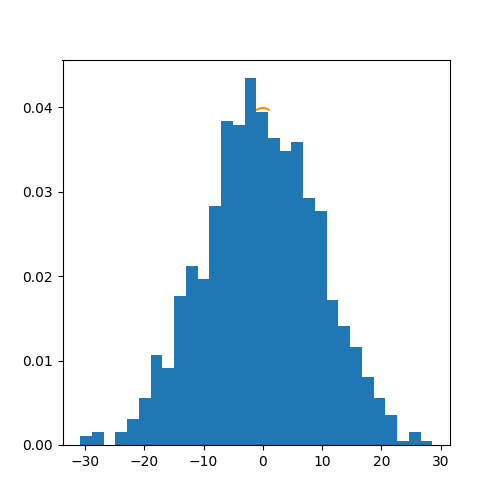
Repository: nishimuraHikar/PythonShowGraph
Script's output: python main.py
These files come from the project's save history. The script's output is drawn as it stood at one moment and after the next save; the edit follows.
Random numbers start from a fixed seed.

Above is the script's output before, as saved 2022-03-03 02:10:21.

### main.py
from time import time
import graph
import numpy as np

datafile = 'predict.csv'

timedata = graph.ReadColumn(datafile,0)
forcedatax = graph.ReadColumn(datafile, 1)
predictdatax = graph.ReadColumn(datafile, 2)
forcedatay = graph.ReadColumn(datafile, 3)
predictdatay = graph.ReadColumn(datafile, 4)

# graph.graph_1data(timedata, rawdata, "Raw Data")
# graph.graph_2data(timedata, rawdata, predictdata, "Raw Data", "Predict Data")
# graph.multiplot_2and1(timedata, forcedatax, predictdatax, forcedatay,predictdatay, "Actual X", "Predict X", "Actual Y", "Predict Y")
graph.histgram(np.random.normal(0, 10, 1000), 30, 10)

### graph.py
import numpy as np
import matplotlib.pyplot as plt
import pandas as pd
from scipy.stats import norm

def ReadColumn(csv, line_num): #csvと列番号を指定
    #csvからndarray型に変換
    csvdata = pd.read_csv(csv, header=0, usecols=[line_num])
    # csvから読んだデータをnumpyの行列に入れる
    array = csvdata.values
    return array

# グラフ表示
# 1つのグラフ
def graph_1data(x_data, y_data, labelname):
    plt.rcParams['font.family'] = 'Times New Roman'
    plt.rcParams["xtick.direction"] = "in"
    plt.rcParams["ytick.direction"] = "in"
    plt.rcParams["xtick.major.width"] = 1.5
    plt.rcParams["ytick.major.width"] = 1.5
    plt.rcParams["font.size"] = 14
    plt.rcParams["axes.linewidth"] = 1.5

    plt.plot(x_data, y_data, c="darkorange", label=labelname)
    np.linspace(min(x_data), max(x_data), 100)
    # plt.ylim(-1.55, 1.55)
    # plt.ylim(min(y_data), max(y_data))
    plt.xlabel("Time[sec]", fontname = 'Times New Roman')
    plt.ylabel("Force[N]", fontname = 'Times New Roman')
    plt.legend()
    # plt.savefig('NNresult.png') #PNGファイル生成
    plt.show()


# 2つのグラフ
def graph_2data(x_data, y1_data, y2_data, labelname1, labelname2):
    plt.rcParams['font.family'] = 'Times New Roman'
    plt.rcParams["xtick.direction"] = "in"
    plt.rcParams["ytick.direction"] = "in"
    plt.rcParams["xtick.major.width"] = 1.5
    plt.rcParams["ytick.major.width"] = 1.5
    plt.rcParams["font.size"] = 14
    plt.rcParams["axes.linewidth"] = 1.5

    plt.plot(x_data, y1_data, c="darkorange", label=labelname1)
    plt.plot(x_data, y2_data, c="blue", label=labelname2)
    np.linspace(min(x_data), max(x_data), 100)
    # plt.ylim(-0.01, 0.01)
    # plt.ylim(min(y_data), max(y_data))
    plt.xlabel("Time[sec]", fontname = 'Times New Roman')
    plt.ylabel("Force[N]", fontname = 'Times New Roman')
    plt.legend()
# <<<<<<< HEAD
#     plt.savefig('NNresult.png') #PNGファイル生成
#     plt.show()

# マルチプロット2行1列
def multiplot_2and1(x_data, y_data1a, y_data1b, y_data2a, y_data2b, labelname1, labelname2, labelname3, labelname4):
    plt.rcParams['font.family'] = 'Times New Roman'
    plt.rcParams["xtick.direction"] = "in"
    plt.rcParams["ytick.direction"] = "in"
    plt.rcParams["xtick.major.width"] = 1.5
    plt.rcParams["ytick.major.width"] = 1.5
    plt.rcParams["font.size"] = 16
    plt.rcParams["axes.linewidth"] = 1.5

    plt.figure(figsize=[9, 7])
    # ax1 = fig.add_subplot(2, 1, 1)
    # ax2 = fig.add_subplot(2, 1, 2)

    plt.subplot(211)
    plt.plot(x_data, y_data1a, c="darkorange", label=labelname1)
    plt.plot(x_data, y_data1b, c="blue", label=labelname2)
    plt.ylabel("Force[N]", fontname = 'Times New Roman')
    plt.xlim(0, 60)
    plt.ylim(-0.1, 0.2)
    plt.axvspan(40, 60, color="gray", alpha=0.3)
    plt.legend(loc = 'upper left')

    plt.subplot(212)
    plt.plot(x_data, y_data2a, c="darkorange", label=labelname3)
    plt.plot(x_data, y_data2b, c="blue", label=labelname4)
    plt.ylabel("Force[N]", fontname = 'Times New Roman')
    plt.xlim(0, 60)
    plt.ylim(-0.1, 0.2)

    np.linspace(min(x_data), max(x_data), 100)
    plt.xlabel("Time[sec]", fontname = 'Times New Roman')
    plt.axvspan(40, 60, color="gray", alpha=0.3)
    plt.legend(loc = 'upper left')

    plt.tight_layout()
    plt.savefig("result.pdf")
    plt.show()

# ヒストグラム
def histgram(data, binsnum, scale):
    fig = plt.figure(figsize = [5,5])
    ax = fig.add_subplot(111)
    ax.hist(data, bins = binsnum, density = True)
    X = np.linspace(-1.0, 1.0, 100)
    Y = norm.pdf(X, loc=0, scale=scale)
    ax.plot(X, Y, c="darkorange")
    plt.show()

Loaded but not shown: predict.csv (59902 lines, source omitted)

After the next save:
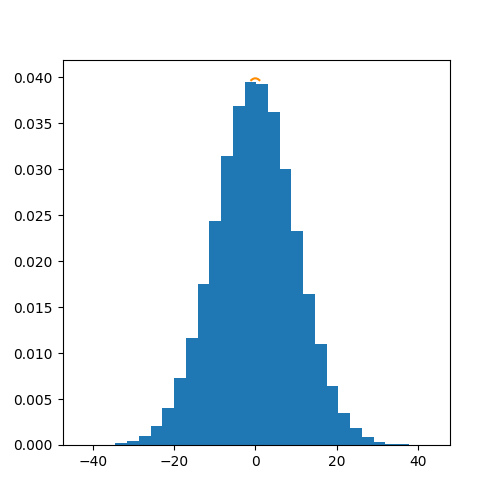
Saved 7 s later.
--- a/main.py
+++ b/main.py
@@ -13,4 +13,4 @@ predictdatay = graph.ReadColumn(datafile, 4)
 # graph.graph_1data(timedata, rawdata, "Raw Data")
 # graph.graph_2data(timedata, rawdata, predictdata, "Raw Data", "Predict Data")
 # graph.multiplot_2and1(timedata, forcedatax, predictdatax, forcedatay,predictdatay, "Actual X", "Predict X", "Actual Y", "Predict Y")
-graph.histgram(np.random.normal(0, 10, 1000), 30, 10)
+graph.histgram(np.random.normal(0, 10, 100000), 30, 10)
